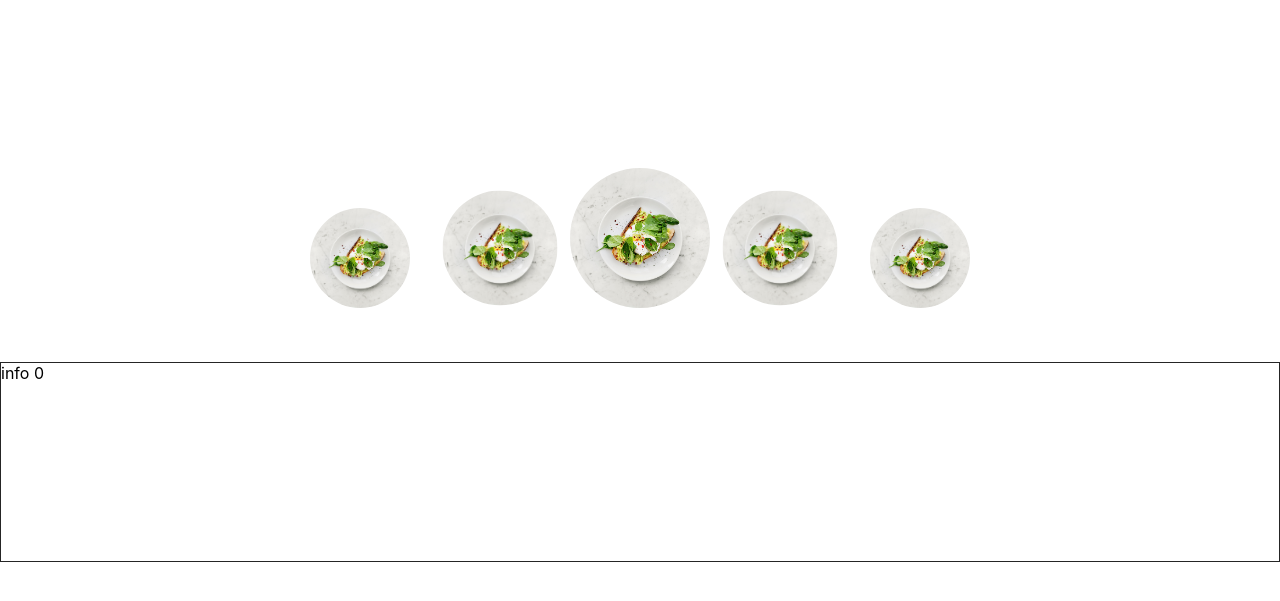
Repository: nambui98/slider
Page: /
These files come from the project's save history. The page is drawn as it stood at one moment and after the next save; the edit follows.
The browser window is 1280 px wide. The pictures show the whole page.
The project was rebuilt for these pictures with package versions that can differ from the ones it lists, and the page was loaded fresh each time. Also part of the build but not shown: vite.config.ts.

Above is the page before, as saved 2022-04-12 10:58:47.

After the next save:
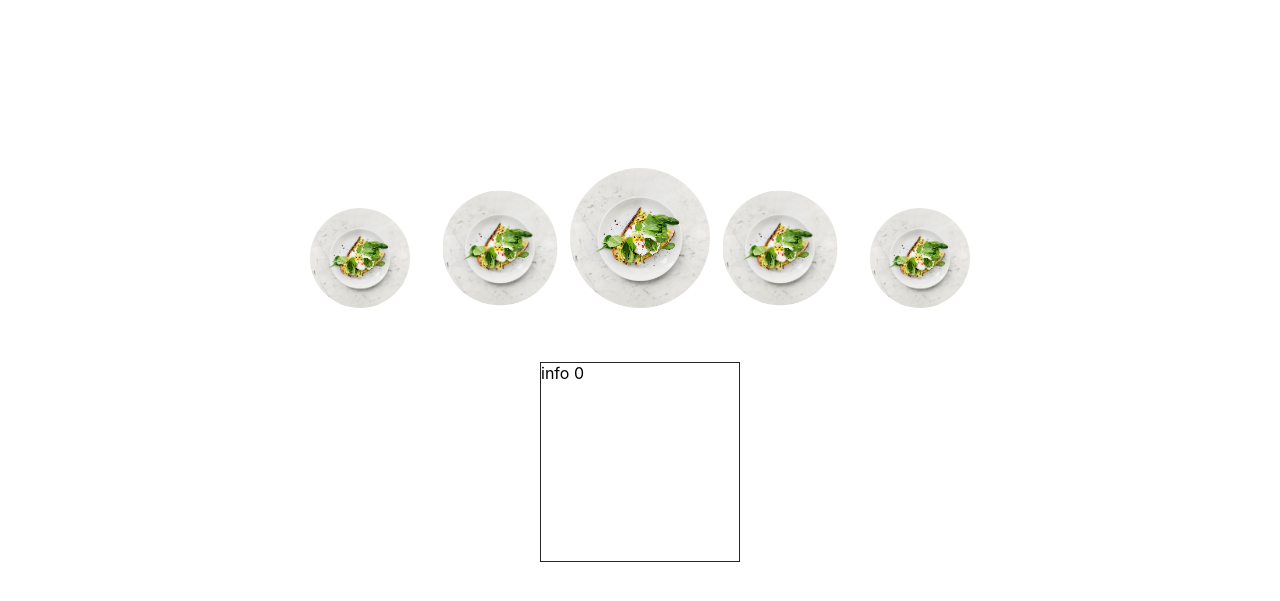
Saved 10 s later.
--- a/src/App.css
+++ b/src/App.css
@@ -4,7 +4,7 @@
   box-sizing: border-box;
 }
 .info{
-  width: 100%;
+  width: 200px;
   border: 1px solid #252525;
   height: 200px;
 }
